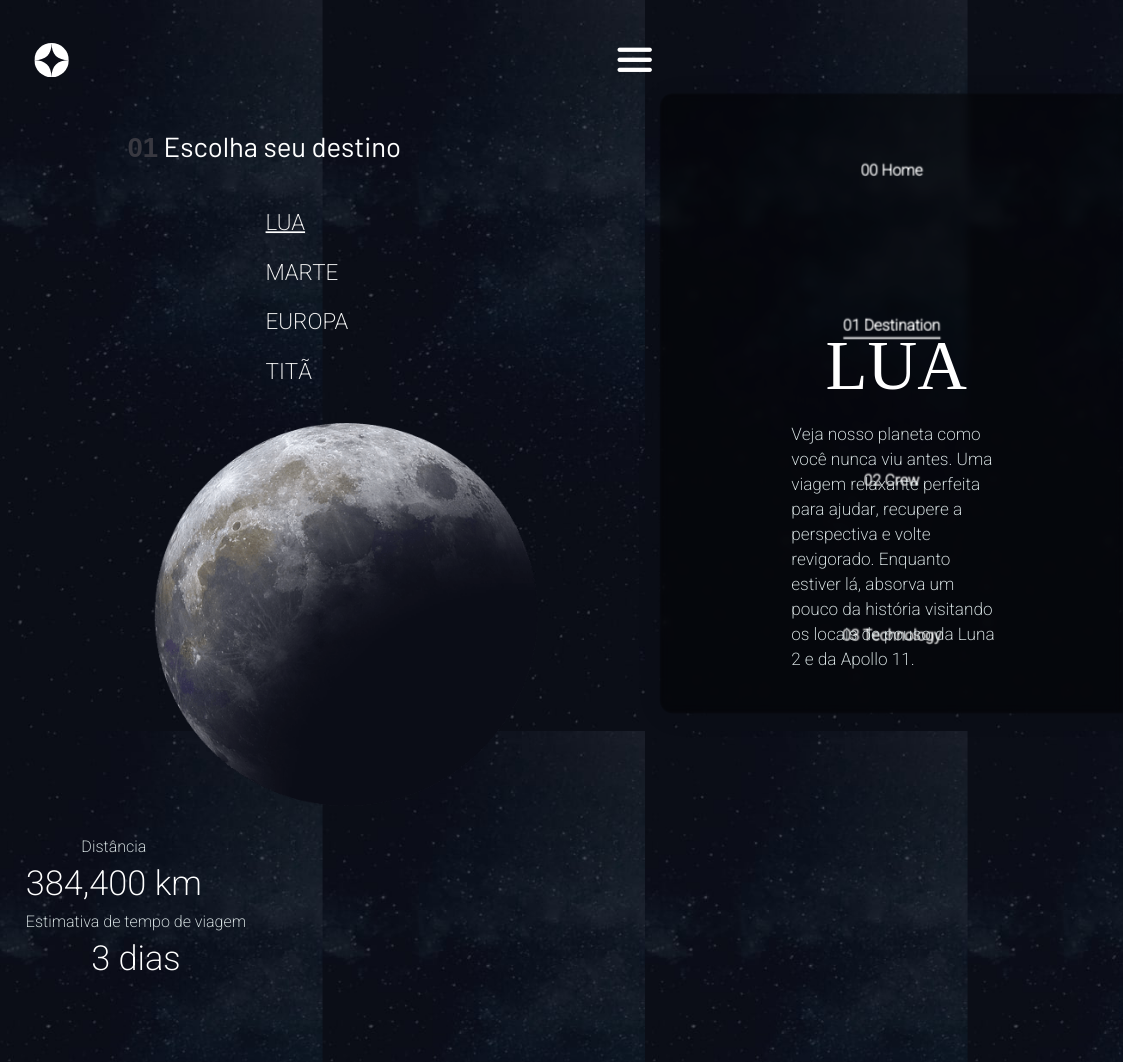
Repository: Leonngc/space-site
Page: space-tourism-website-main/space-tourism-website-main/starter-code/destination-moon.html
An editor plug-in stored every save of this project. The page is shown before and after a run of saves, followed by the edit.
The browser window is 768 px wide. The page is 1306 px wide, so the pictures cover 1306 px, including what lies to the right of the window. The pictures show the whole page, at 86% of full size.
Some web libraries are served in a nearby version.

Above is the page before, as saved 2023-04-30 01:29:56.

### space-tourism-website-main/space-tourism-website-main/starter-code/destination-moon.html
<!DOCTYPE html>
<html lang="en">
<head>
  <meta charset="UTF-8">
  <meta name="viewport" content="width=device-width, initial-scale=1.0">

  <link rel="icon" type="image/png" sizes="32x32" href="./assets/favicon-32x32.png">
  <link rel='stylesheet' href='https://cdn-uicons.flaticon.com/uicons-bold-rounded/css/uicons-bold-rounded.css'>
  <link rel="stylesheet" href="styles/menu.css">
  <link rel="stylesheet" href="styles/destination.css">
  <script src="script/menu.js" defer></script>
  <title>Frontend Mentor | Space tourism website</title>
</head>
<body>

  <header>
    <img src="assets/shared/logo.svg" alt="" class="logo">

    <div class="line"></div>
    <nav>
      <button class="menu-button"><i class="fi fi-br-menu-burger"></i></button>
      <ul class="menu">
      <li class="item-menu"><a href="#">00 Home</a></li>
      <li class="item-menu page-active"><a href="#">01 Destination</a></li>
      <li class="item-menu"><a href="#">02 Crew</a></li>
      <li class="item-menu"><a href="#">03 Technology</a></li>
      </ul>
    </nav>

  </header>

<main>

    <h1><strong>01</strong> Escolha seu destino</h1>

    <ul class="nav-travel">
      <li class="travel-destiny page-active"><a href="">Lua</a></li>
      <li class="travel-destiny"><a href="">Marte</a></li>
      <li class="travel-destiny"><a href="">Europa</a></li>
      <li class="travel-destiny"><a href="">Titã</a></li>
    </ul>

    <div class="destination-container">
      <img src="assets/destination/image-moon.png" alt="">
      <div class="destination-info">
        <h2>Lua</h2>
        <p>
          Veja nosso planeta como você nunca viu antes. Uma viagem relaxante perfeita para ajudar,
          recupere a perspectiva e volte revigorado. Enquanto estiver lá, absorva um pouco da história
          visitando os locais de pouso da Luna 2 e da Apollo 11.
        </p>
      </div>
    </div>
   <div class="travel-container">
     <div class="info-travel">
       <h3>Distância</h3>
        <span>384,400 km</span>
     </div>

      <div class="info-travel">
        <h3>Estimativa de tempo de viagem</h3>
        <span>3 dias</span>
      </div>
   </div>

</main>
</body>
</html>

### space-tourism-website-main/space-tourism-website-main/starter-code/styles/menu.css
@import url('https://fonts.googleapis.com/css2?family=Heebo:wght@200&display=swap');

*{
    padding: 0;
    margin: 0;
}

body{
    overflow-x: hidden;
}

header{
    display: flex;
    justify-content: space-between;
}

.menu{
    margin-top: 20px;
    display: flex;
    width: 40vw ;
    height: 12vh;
    position: relative;
    list-style: none;
    background: rgba(255, 255, 255, 0.21);
    background: rgba(255, 255, 255, 0.08);
    box-shadow: 0 4px 30px rgba(0, 0, 0, 0.1);
    backdrop-filter: blur(5px);
    -webkit-backdrop-filter: blur(5px);
}

.item-menu{
    margin: auto;
}

.item-menu a{
    text-decoration: none;
    font-family: 'Heebo', sans-serif;
    color: white;
}


.line{
    background-color:  rgba(255, 255, 255, 0.21);

    height: 2px;
    width: 1110px;
    margin-top: 68px;
    margin-left: 30px;
}

.logo{
    margin-top: 30px;
    margin-left: 20px;
    width: 40px;
    height: 40px;
    padding: 20px;
}

.page-active{
    border-bottom: 2px solid white;
}

ul li > a:hover{
    font-size: 18px;
    transition: 2s;
}

.menu-button{
    display: none;
}



@media screen and (max-width: 990px){
    .line{
        display: none;
    }


    .menu{
        position: absolute;
        right: 0;
        width: 70vw;
        height: 90vh;
        display: flex;
        margin: 0;
        border-top-left-radius: 15px;
        border-bottom-left-radius: 15px;
        transform: translateX(100%);
        transition: transform 0.6s ease-in;
        background: rgba(255, 255, 255, 0.346);
        background: rgba(0, 0, 0, 0.47);
        box-shadow: 0 4px 30px rgba(0, 0, 0, 0.1);
        backdrop-filter: blur(5px);
        -webkit-backdrop-filter: blur(5px);
    }

    ul{
        flex-direction: column;
    }


    .menu li{
       color: white;
       font-size: 18px;
       font-weight: bold;
    }

    .menu-button{
        display: block;
        font-size: 40px;
        color: white;
        background: none;
        border: none;
        padding: 10px;
        margin-top: 40px;
    }

    ul.active{
        transform: translateX(0);
    }
}

### space-tourism-website-main/space-tourism-website-main/starter-code/styles/destination.css
@import url('https://fonts.googleapis.com/css2?family=Barlow&display=swap');
@import url('https://fonts.googleapis.com/css2?family=Heebo:wght@200&display=swap');
/*  font-family: 'Barlow', sans-serif;
    font-family: 'Heebo', sans-serif;
*/

:root{
    --title-font: 'Barlow';
    --paragraph-font: 'Heebo';
}

*{
    padding: 0;
    margin: 0;
}

body{
    max-width: 100vw;
    background-image: url(../assets/destination/background-destination-desktop.jpg);
}

main{
    color: white;
}

h1{
    font-family: var(--title-font);
    padding: 40px;
    font-weight: 100;
}

strong{
    color: #393941;
    font-family: Arial, Helvetica, sans-serif;
}

.nav-travel{
    width: 40vw;
    list-style: none;
    display: flex;
    float: right;
}

.nav-travel a{
    text-decoration: none;
    text-transform: uppercase;
    color: #f0f0f0;
    font-family: var(--paragraph-font);
    padding: 30px;
}

.destination-container{
    margin-left: 30px;
}

.destination-container > img{
    margin-left: 120px;
    padding: 30px;
}


.destination-info{
    width: 37vw;
    position: absolute;
    top: 380px;
    left: 900px;
}

.destination-info h2{
    font-size: 80px;
    font-weight: 200;
    font-family: serif;
    text-transform: uppercase;
}

.destination-info p{
    font-family: var(--paragraph-font);
    font-size: 20px;
    padding: 20px;
    font-weight: lighter;
    text-align: start;
    color: #dbe5e6;
}

.travel-container{
    float: right;
    display: flex;
    padding: 0px;
    flex-wrap: wrap;
    margin-bottom: 90px;
    margin-right: 100px;
}

.info-travel{
    font-family: var(--paragraph-font);
    padding: 0px 30px 0px 30px;
}


.info-travel h3{
    font-weight: lighter;
    color: #dbe5e6;
}

.info-travel > span{
    font-size: 40px;
    font-weight: lighter;
}

@media screen and (max-width: 990px){
    body{
        background-image: url(../assets/destination/background-destination-mobile.jpg);
    }

    main{
        text-align: center;
        width: 80vw;
    }

    .nav-travel{
        width: 10vw;
    }

    .nav-travel{
        float: none;
        margin: auto;
        font-size: 26px;
    }
    .nav-travel li{
        border-bottom: none;
        padding: 10px;
    }

    .nav-travel > .page-active{
        text-decoration: underline;
    }
}

### space-tourism-website-main/space-tourism-website-main/starter-code/script/menu.js
class MobileNavbar{
    constructor(mobileMenu, navList, navLink){
        this.mobileMenu = document.querySelector(mobileMenu);
        this.navList = document.querySelector(navList);
        this.navLink = document.querySelector(navLink);
        this.activeClass = "active";
        this.handleClick = this.handleClick.bind(this)
    }

    handleClick(){
        this.navList.classList.toggle(this.activeClass);
        this.mobileMenu.classList.toggle(this.activeClass)
    }

    addClickEvent(){
        this.mobileMenu.addEventListener("click", this.handleClick);
    }

    init(){
        if(this.mobileMenu){
            this.addClickEvent();
        }
        return this;
    }
}

const mobileNavbar = new MobileNavbar(
    "nav",
    "ul",
    "ul li",
);

mobileNavbar.init()

After the next 3 saves:
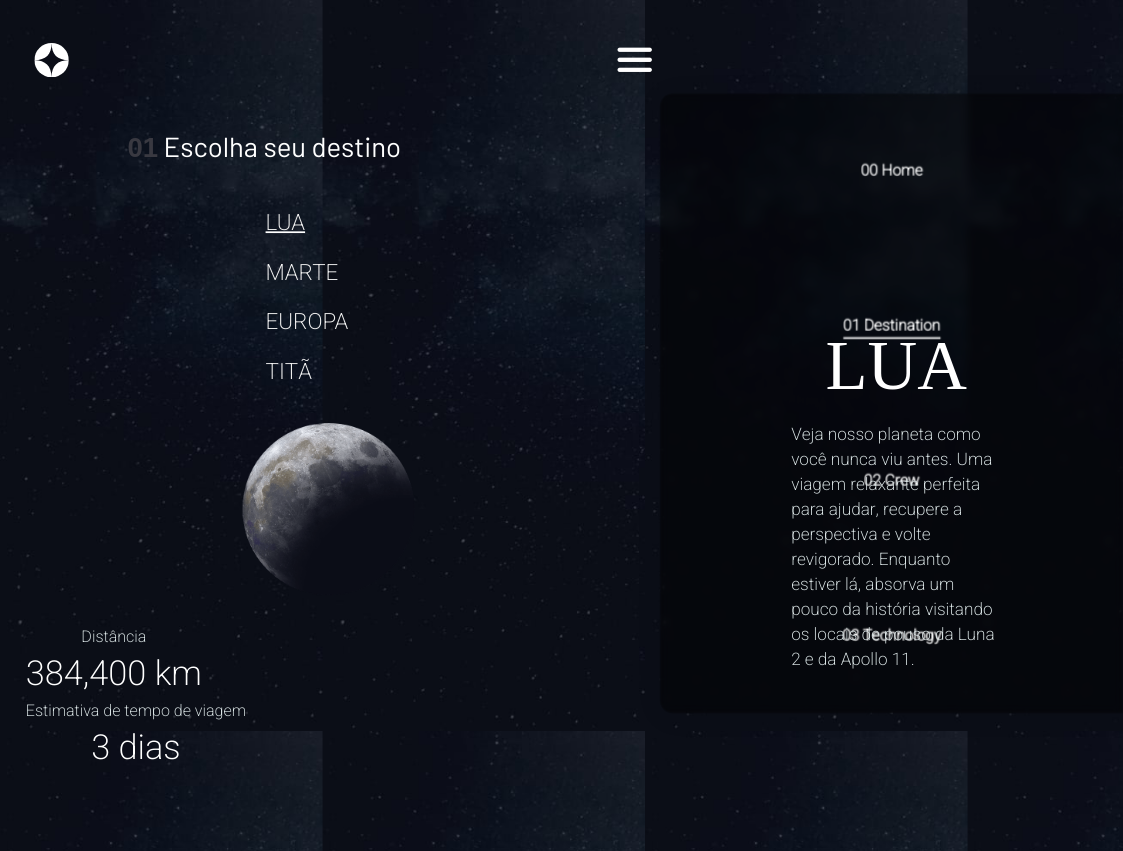
The 3 saves are shown as one change because they came seconds apart.
The last was saved 15 s later.
--- a/space-tourism-website-main/space-tourism-website-main/starter-code/styles/destination.css
+++ b/space-tourism-website-main/space-tourism-website-main/starter-code/styles/destination.css
@@ -134,4 +134,8 @@ strong{
     .nav-travel > .page-active{
         text-decoration: underline;
     }
+
+    img{
+        width: 200px;
+    }
 }
